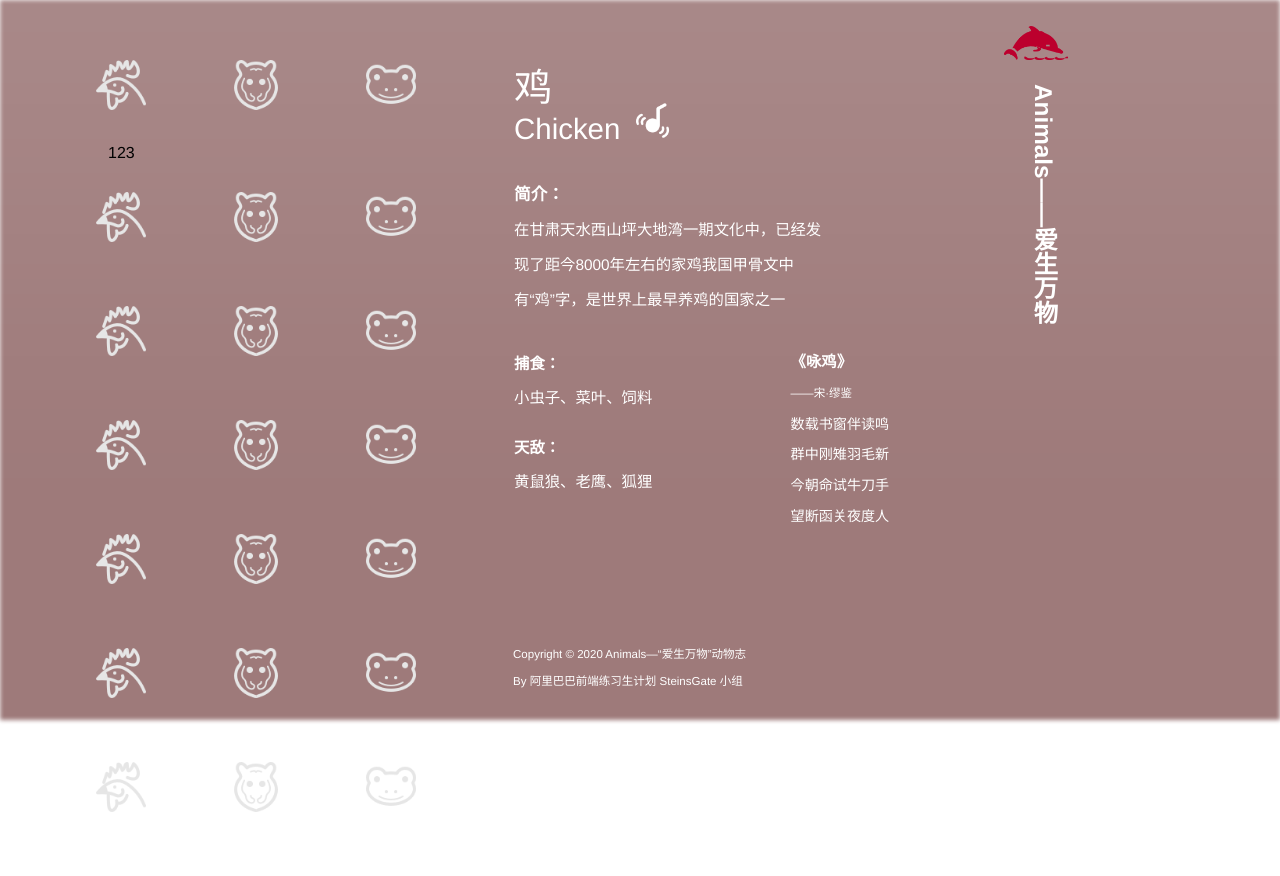
Repository: Whiskeyi/Animals
Page: /
The author's editor kept a copy of each file at every save. The page is drawn from the files as they stood at one save, then again after the next save.
The browser window is 1280 px wide. The pictures show the whole page.
The project was rebuilt for these pictures with package versions that can differ from the ones it lists, and the page was loaded fresh each time.

Above is the page before, as saved 2021-11-18 14:24:38.

After the next save:
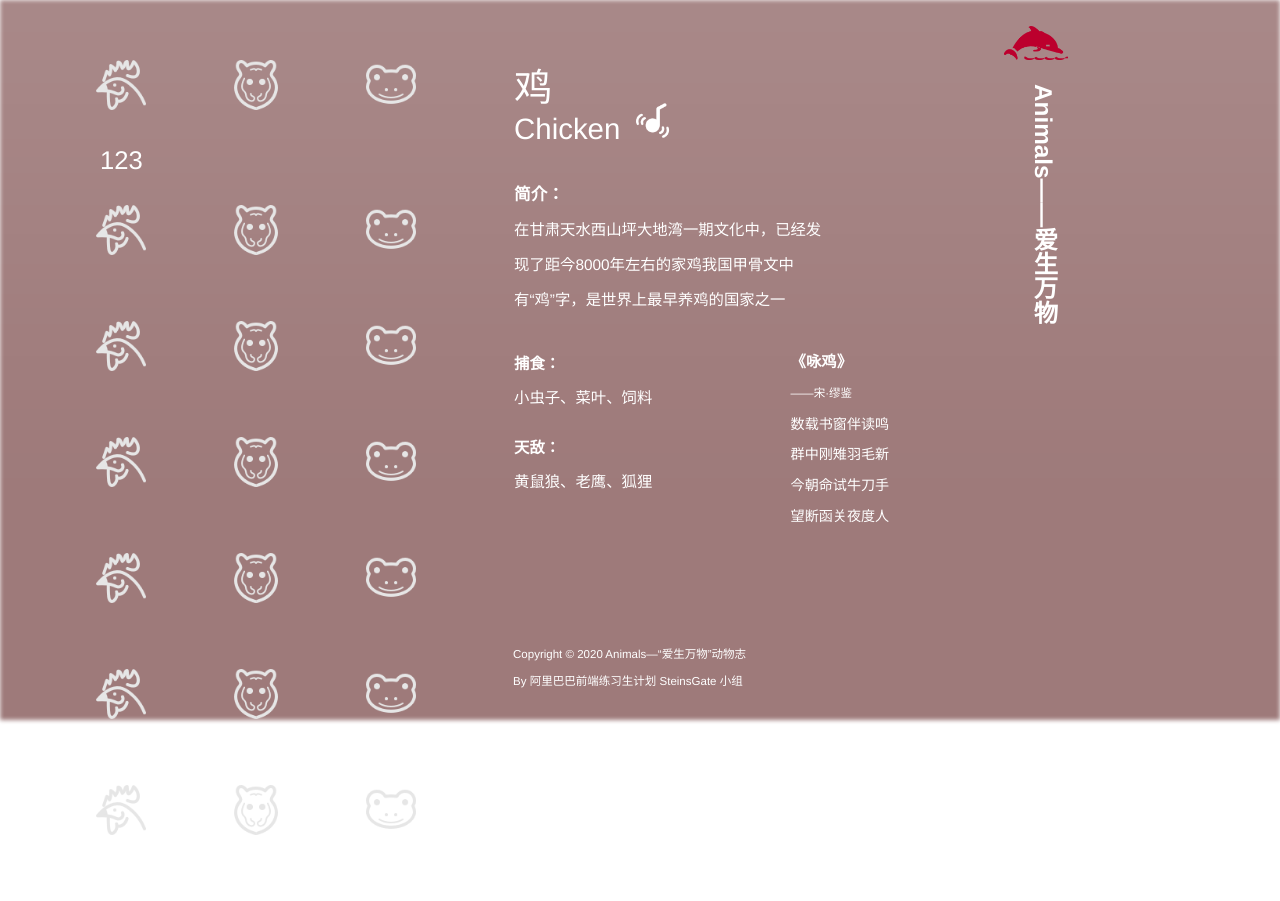
Saved 49 s later.
--- a/src/components/left-main/index.vue
+++ b/src/components/left-main/index.vue
@@ -100,6 +100,8 @@ export default {
   padding: 30px 0;
   width: 100%;
   text-align: center;
+  color: #fff;
+  font-size: 2vw;
 }
 .leftContainer .logo {
   width: 80px;
